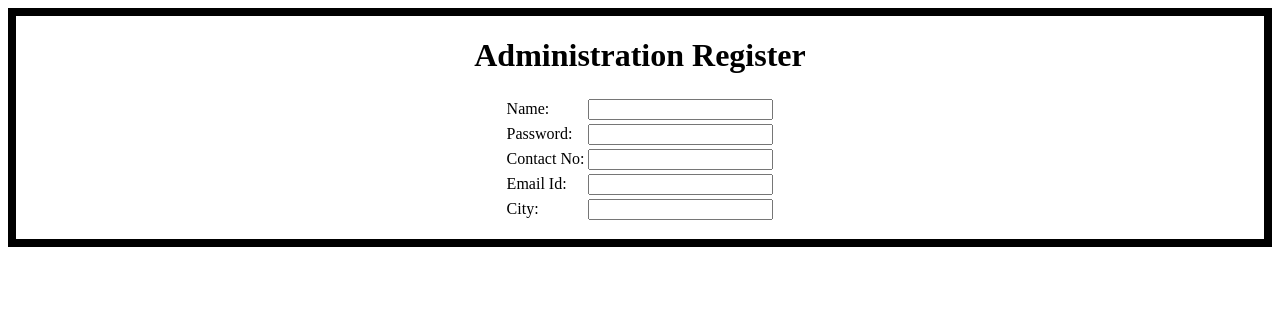
Repository: priyankagit8692/Phase_2_SimpliLearn-
Page: http://localhost/LearnerAcademyProject/AdminRegistration.jsp
These files come from the project's save history. The page is drawn as it stood at one moment and after the next save; the edit follows.
The browser window is 1280 px wide. The pictures show the whole page.
The page is served by Tomcat 9. Other server files are loaded and not shown.

Above is the page before, as saved 2021-03-17 17:33:46.

### FinalProjectPhase2/LearnerAcademyProject/WebContent/AdminRegistration.jsp
<%@ page contentType="text/html;charset=UTF-8" language="java" %>
<%@ taglib uri="http://java.sun.com/jsp/jstl/core" prefix="c" %>
<html>
<head>
<meta charset="ISO-8859-1">
<title>Administration Register</title>
</head>
<body>

	<div align="center" style="border: solid 8px black">
	   <h1>Administration Register</h1>
	   <form method="post" action="adminRegister">
	   		<table>
	   			<tr>
	   			<td>Name:</td>
	   			<td><input type="text" name="adminName"></td>
	   			</tr>
	   			<tr>
	   			<td>Password:</td>
	   			<td><input type="password" name="adminPassword"></td>
	   			</tr>
	   			<tr>
	   			<td>Contact No:</td>
	   			<td><input type="text" name="adminContact"></td>
	   			</tr>
	   			<tr>
	   			<td>Email Id:</td>
	   			<td><input type="text" name="adminEmail"></td>
	   			</tr>
	   			<tr>
	   			<td>City:</td>
	   			<td><input type="text" name="adminCity"></td>
	   			</tr>
	   		</table>
	   </form>
	</div>
</body>
</html>

After the next save:
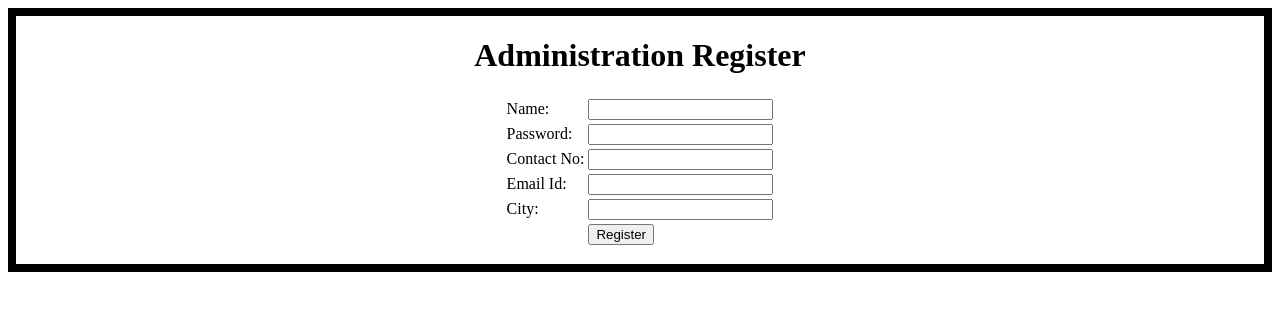
Saved 3 min 49 s later.
--- a/FinalProjectPhase2/LearnerAcademyProject/WebContent/AdminRegistration.jsp
+++ b/FinalProjectPhase2/LearnerAcademyProject/WebContent/AdminRegistration.jsp
@@ -31,6 +31,12 @@
 	   			<td>City:</td>
 	   			<td><input type="text" name="adminCity"></td>
 	   			</tr>
+	   			<tr>
+                <td></td>
+                <td>
+                    <button type="submit">Register</button>
+                </td>
+            </tr>
 	   		</table>
 	   </form>
 	</div>
